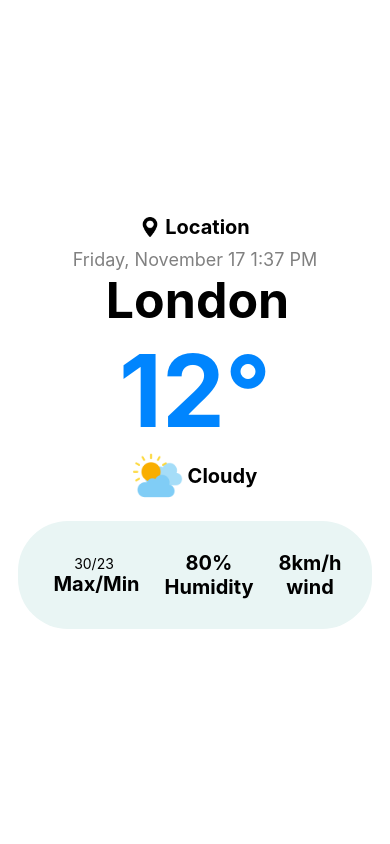
Repository: praveen080/react-native-weatherAppV1
Screen: /
An editor plug-in stored every save of this project. The screen is shown before and after a run of saves, followed by the edit.
The app was drawn by React Native's web renderer in a window 390 px wide. The project was rebuilt for these pictures with package versions that can differ from the ones it lists, and the page was loaded fresh each time. Also part of the build but not shown: Screens/startUp.js.

Above is the screen before, as saved 2023-11-17 14:21:36.

After the next 2 saves:
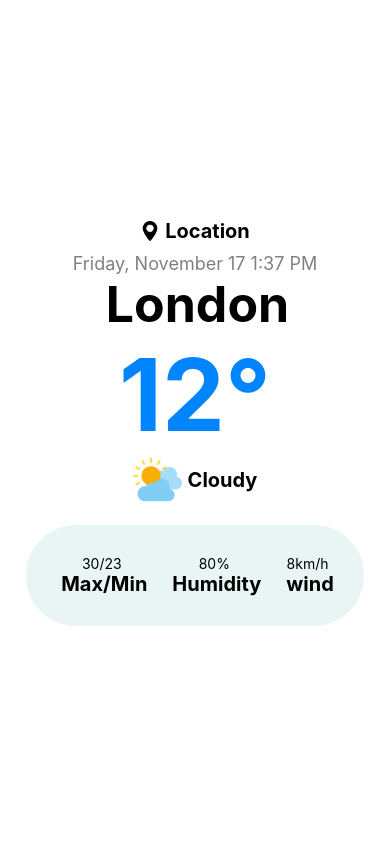
The 2 saves are shown as one change because they came seconds apart.
The last was saved 6 s later.
--- a/Screens/Home.js
+++ b/Screens/Home.js
@@ -49,11 +49,11 @@ const Home = () => {
             <Text style={styles.locationText}>Max/Min</Text>
           </View>
           <View style={styles.card}>
-            <Text style={styles.locationText}>80%</Text>
+            <Text style={styles.cardText}>80%</Text>
             <Text style={styles.locationText}>Humidity</Text>
           </View>
           <View style={styles.card}>
-            <Text style={styles.locationText}>8km/h</Text>
+            <Text style={styles.cardText}>8km/h</Text>
             <Text style={styles.locationText}>wind</Text>
           </View>
         </View>
